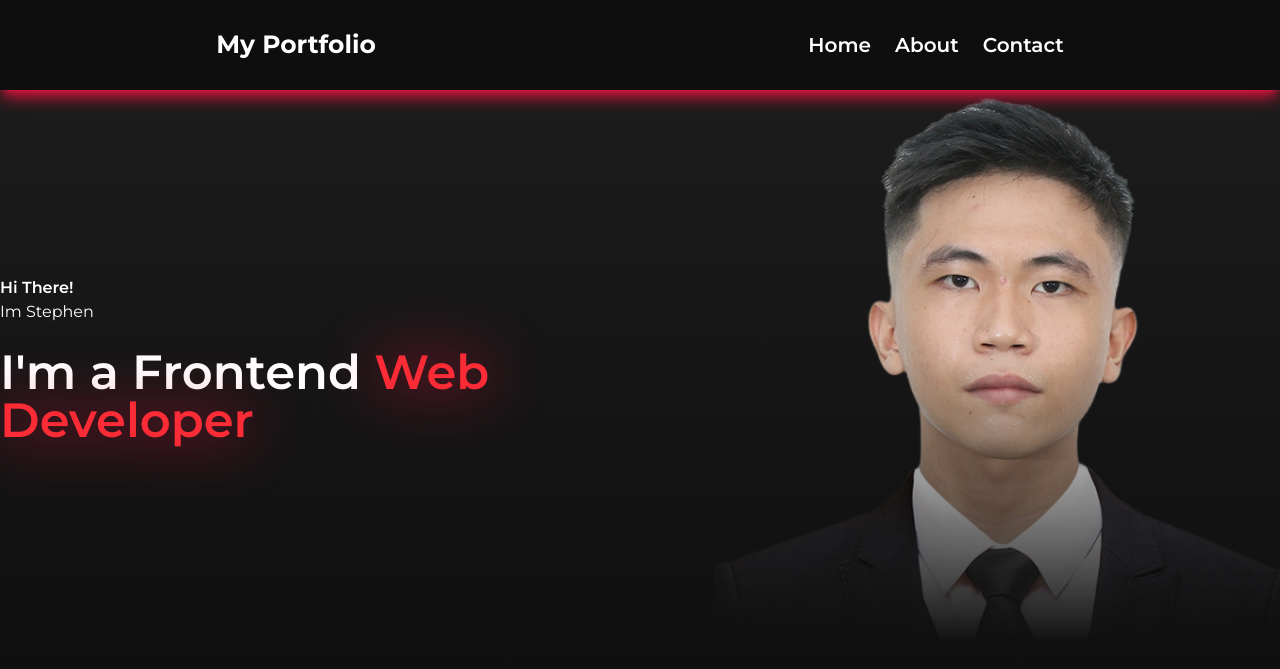
Repository: KaguyaKawaii/portfolio
Page: / (app in frontend/)
These files come from the project's save history. The page is drawn as it stood at one moment and after a run of saves; the edit follows.
The browser window is 1280 px wide. The pictures show the whole page.
The project was rebuilt for these pictures with package versions that can differ from the ones it lists, and the page was loaded fresh each time. Also part of the build but not shown: frontend/vite.config.js.

Above is the page before, as saved 2025-10-28 00:05:24.

After the next 2 saves:
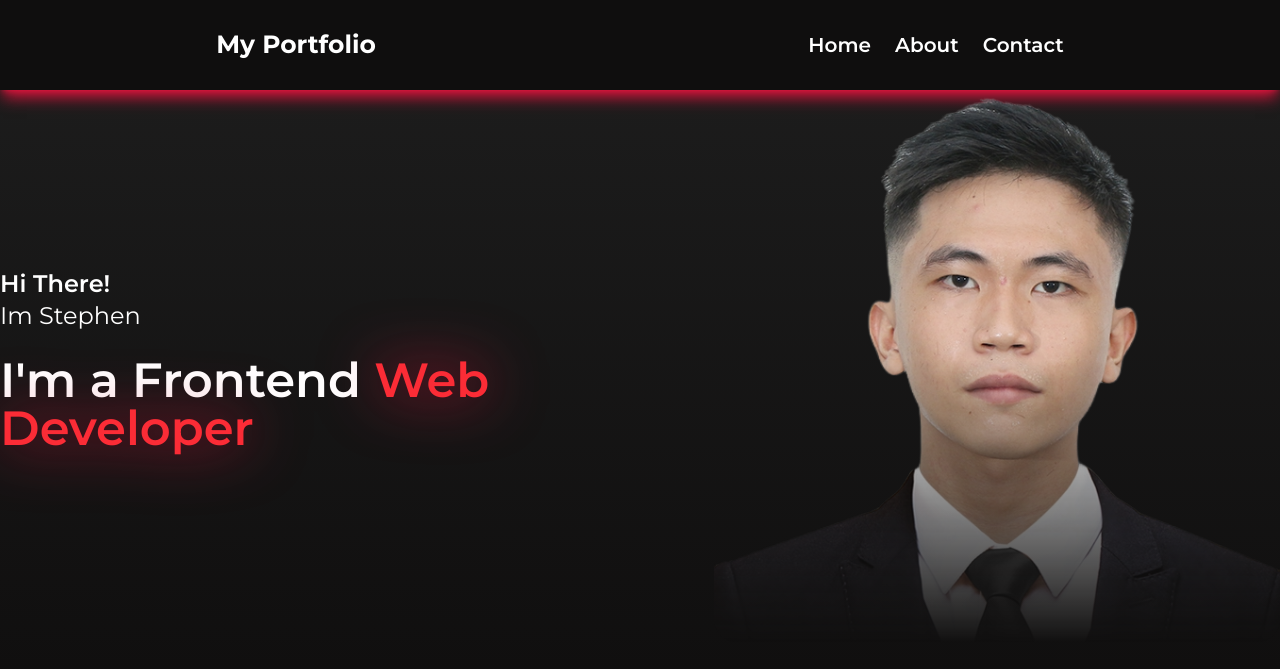
The 2 saves are shown as one change because they came seconds apart.
The last was saved 32 s later.
--- a/frontend/src/App.jsx
+++ b/frontend/src/App.jsx
@@ -20,9 +20,10 @@
       <body className='bg-linear-180 from-[#1E1E1E] to-[#0F0E0E] h-screen text-white'>
         <div className='flex justify-around items-center h-screen'>
           <div>
-            <h1 className='font-semibold'>Hi There!</h1>
-            <p>Im Stephen</p>
-
+            <div className='text-2xl'>
+              <h1 className='font-semibold'>Hi There!</h1>
+              <p>Im Stephen</p>
+            </div>
             <div className='mt-6'>
               <p className='font-semibold text-5xl'>I'm a Frontend <span className="drop-shadow-[0_0_30px_#dc143c] text-red-500">Web Developer</span></p>
             </div>
